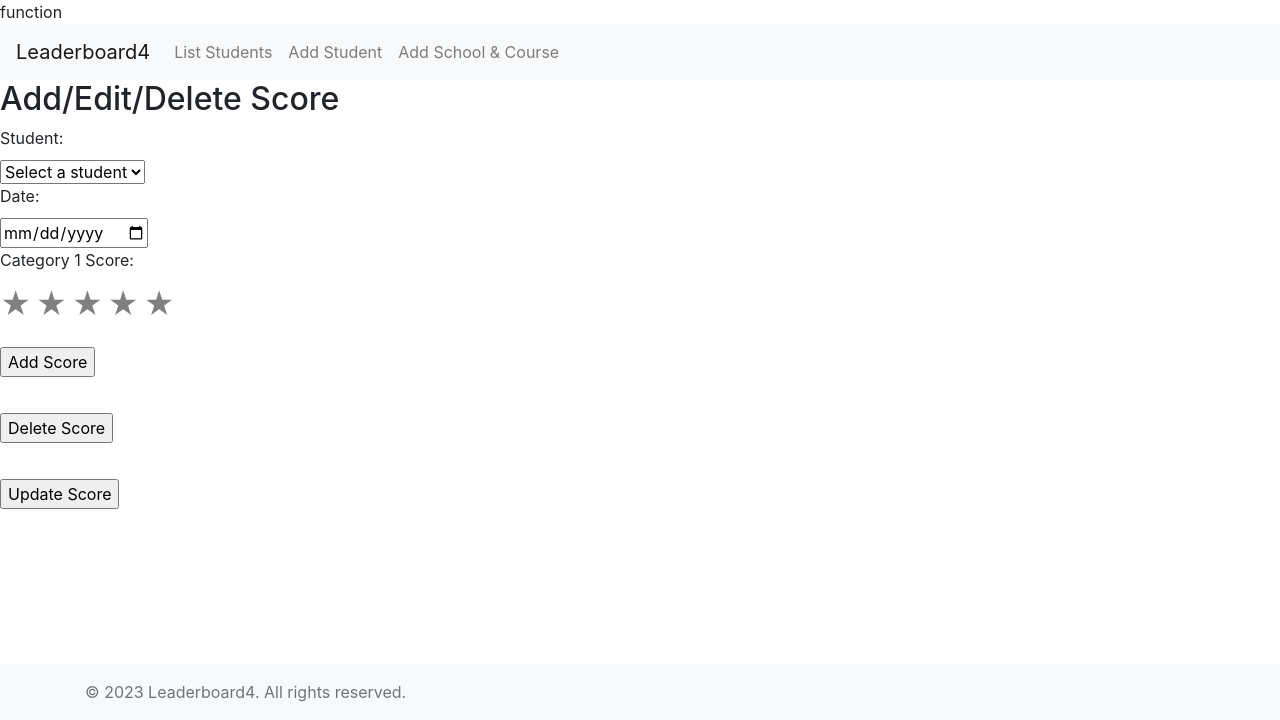
Repository: bigbodhiacademy/gBoard
Page: http://localhost/add_score.php
An editor plug-in stored every save of this project. The page is shown before and after the next save, followed by the edit.
The browser window is 1280 px wide. The pictures show the whole page.
The page is run by PHP 8.4 with error messages shown; the project is at /var/www/html/. The database holds what the project's SQL file puts in it.

Above is the page before, as saved 2023-04-20 19:18:45.

After the next save:
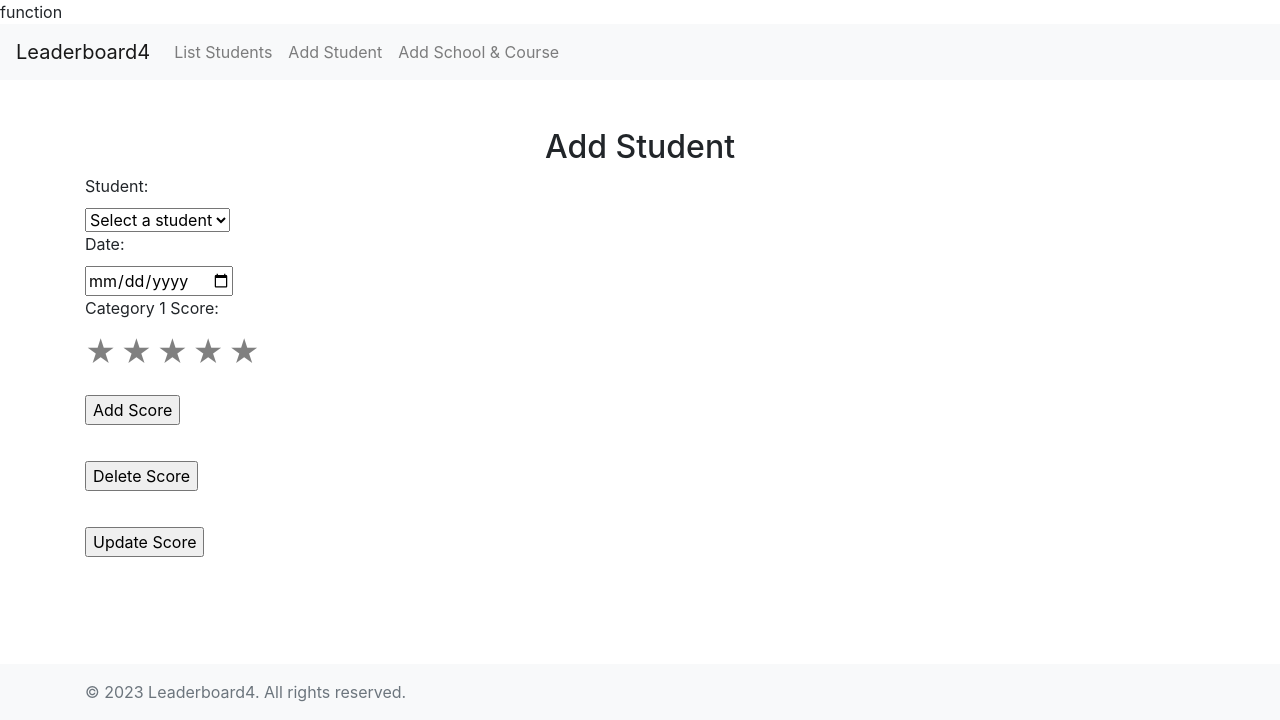
Saved 84 s later.
--- a/add_score.php
+++ b/add_score.php
@@ -1,7 +1,8 @@
 <?php require_once 'functions.php'; ?>
 <?php include 'header.php'; ?>
 
-<h2>Add/Edit/Delete Score</h2>
+<div class="container mt-5">
+    <h2 class="text-center">Add Student</h2>
 
 <form action="functions.php" method="post">
     <div>
@@ -35,19 +36,19 @@
     <input type="submit" value="Add Score">
 </form>
 
-<!-- Add a delete button to remove a score -->
-<form action="functions.php" method="post">
-    <input type="hidden" name="action" value="delete_score">
-    <input type="hidden" name="score_id" value="<!-- Add the score ID here -->">
-    <input type="submit" value="Delete Score">
-</form>
+    <!-- Add a delete button to remove a score -->
+    <form action="functions.php" method="post">
+        <input type="hidden" name="action" value="delete_score">
+        <input type="hidden" name="score_id" value="<!-- Add the score ID here -->">
+        <input type="submit" value="Delete Score">
+    </form>
 
-<!-- Add a form for updating scores -->
-<form action="functions.php" method="post">
-    <!-- Add inputs for updating the score (similar to the add_score form) -->
-    <input type="hidden" name="action" value="update_score">
-    <input type="hidden" name="score_id" value="<!-- Add the score ID here -->">
-    <input type="submit" value="Update Score">
-</form>
-
+    <!-- Add a form for updating scores -->
+    <form action="functions.php" method="post">
+        <!-- Add inputs for updating the score (similar to the add_score form) -->
+        <input type="hidden" name="action" value="update_score">
+        <input type="hidden" name="score_id" value="<!-- Add the score ID here -->">
+        <input type="submit" value="Update Score">
+    </form>
+</div>
 <?php include 'footer.php'; ?>
